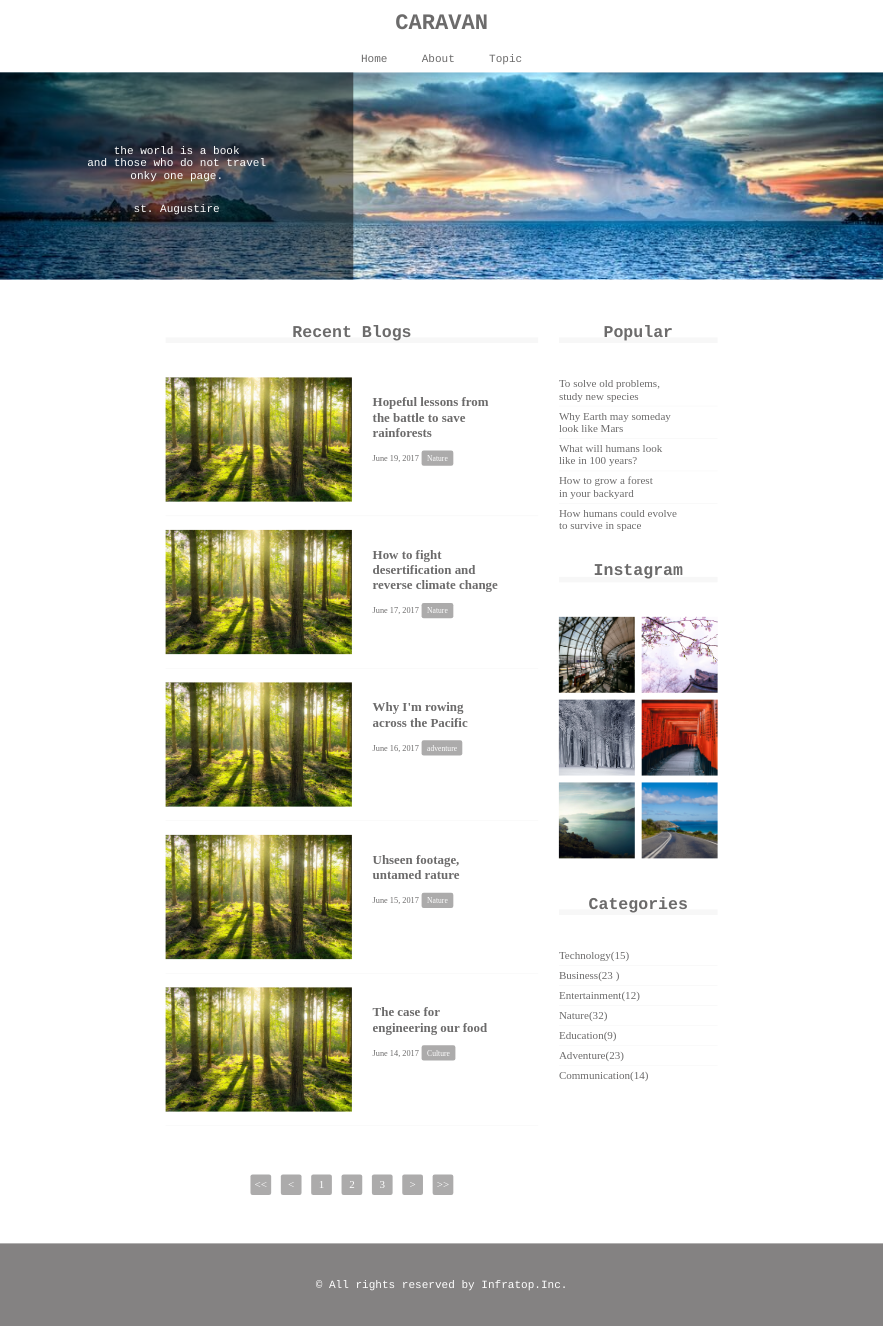
Repository: ishidaryu/ishidaryu
Page: caravan/index.html
The author's editor kept a record of every edit. The page is drawn from the files as they stood at one moment, then again after the next edit.
The browser window is 1280 px wide. The pictures show the whole page, at 69% of full size.
Some web libraries are served in a nearby version.

Above is the page before.

After the next edit:
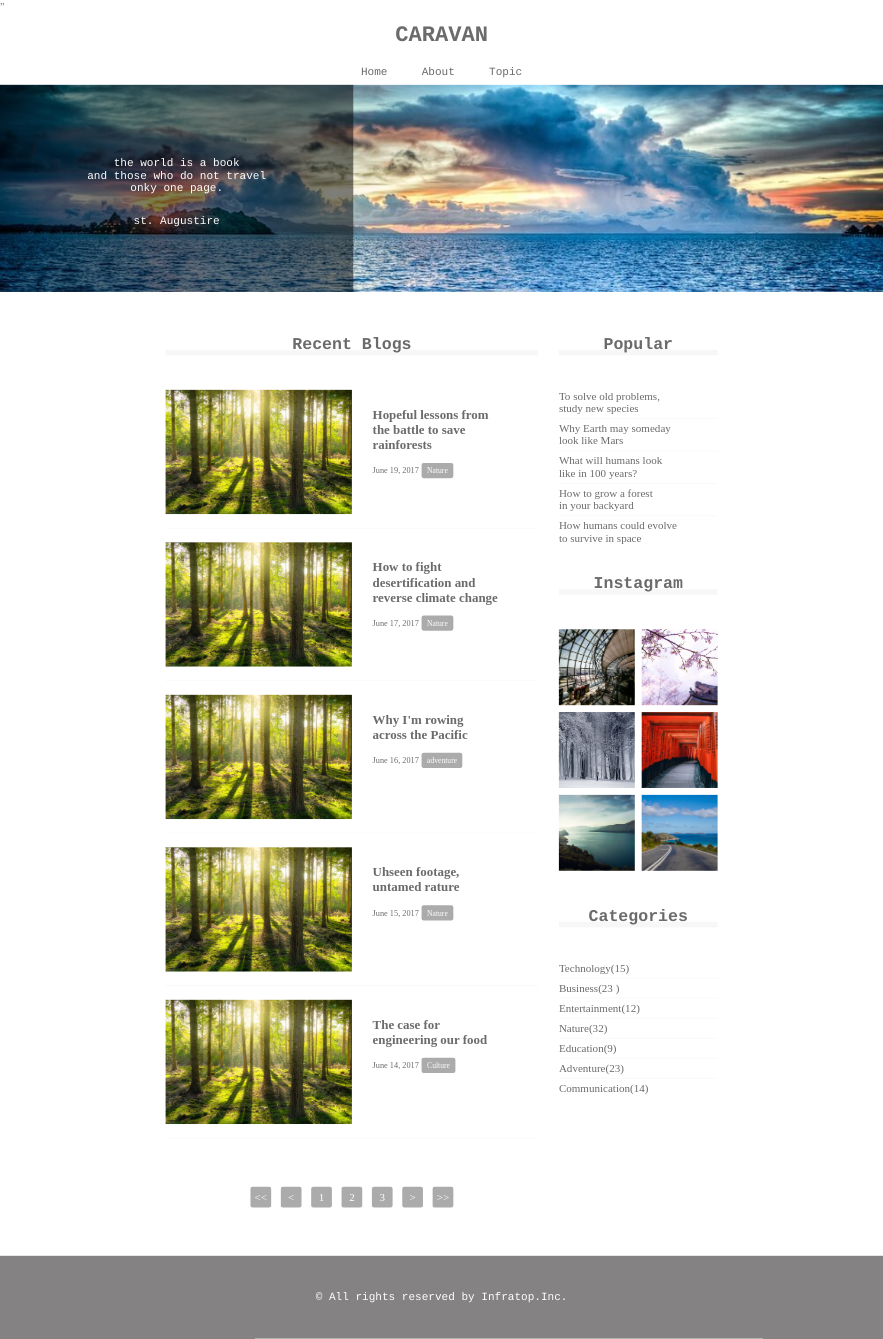
The edit:
--- a/caravan/index.html
+++ b/caravan/index.html
@@ -2,7 +2,8 @@
 <html lang="ja">
 
   <head>
-      <meta charset="utf-8" />
+      <meta  charset="utf-8" />
+      <script src="https://kit.fontawesome.com/73f09fc4b1.js" crossorigin="anonymous"></script>"
       <link rel="stylesheet" href="style.css" />
       <title>CARAVAN</title>
 
